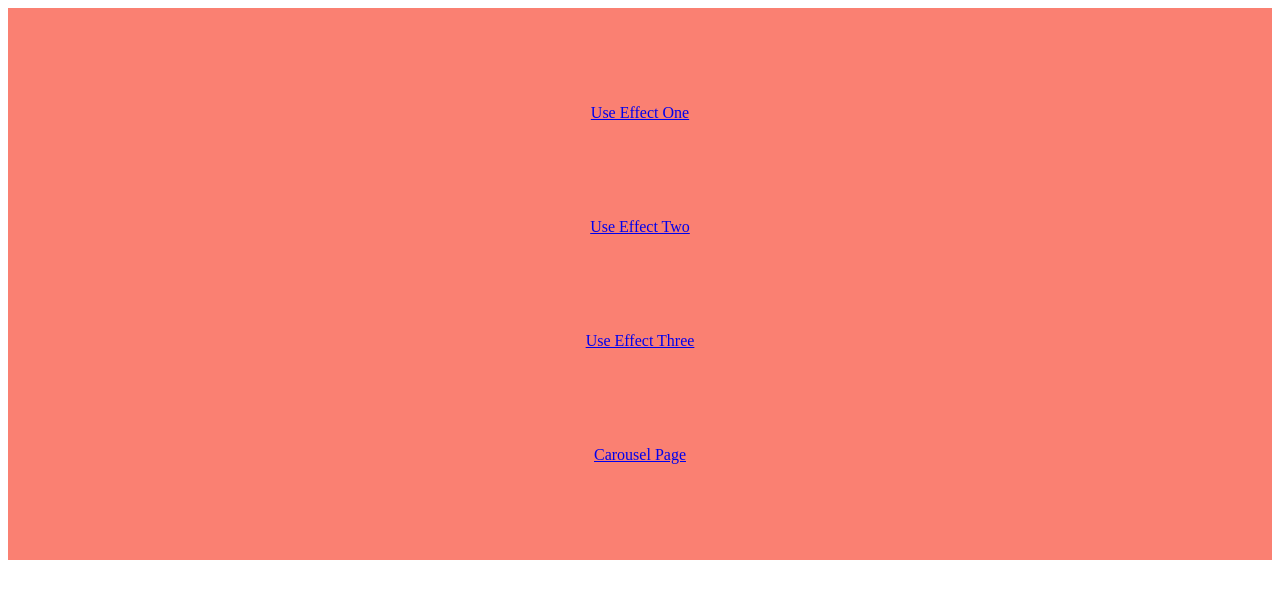
Repository: RonanKhalilOlaes/Class08
Page: /
These files come from the project's save history. The page is drawn as it stood at one moment and after the next save; the edit follows.
The browser window is 1280 px wide. The pictures show the whole page.
The project was rebuilt for these pictures with package versions that can differ from the ones it lists, and the page was loaded fresh each time. The framework's server and built-in components were replaced by stand-ins that run in the browser. Also part of the build but not shown: next.config.js.

Above is the page before, as saved 2023-02-20 22:24:32.

After the next save:
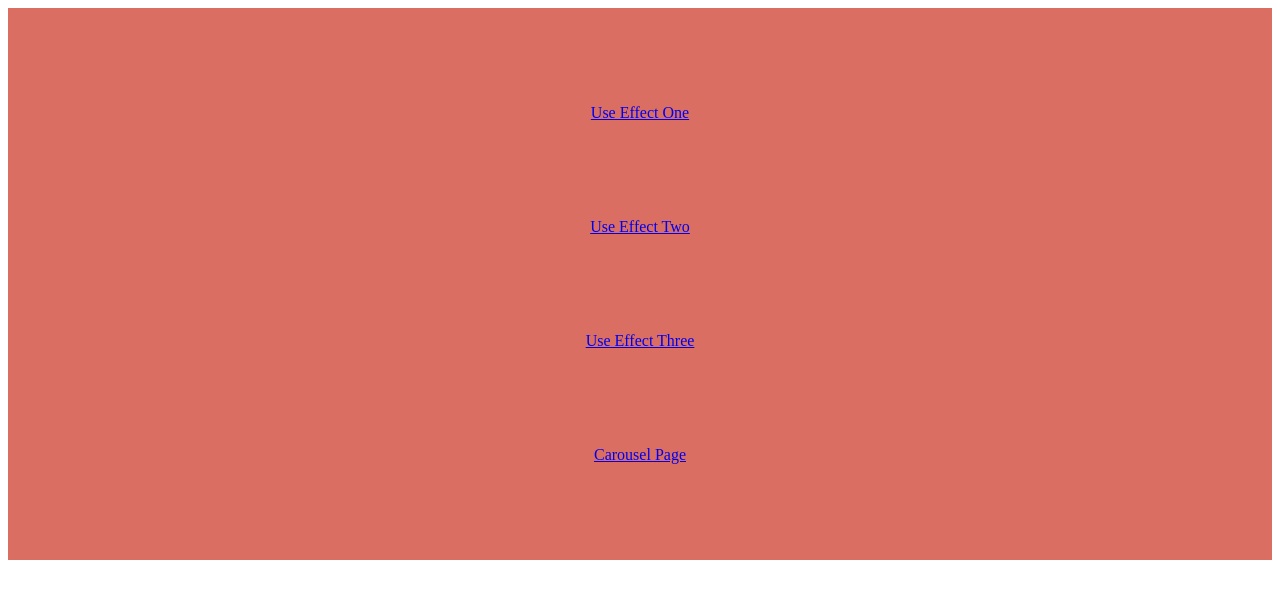
Saved 12 s later.
--- a/styles/Home.module.css
+++ b/styles/Home.module.css
@@ -6,5 +6,5 @@
   padding: 6rem;
   min-height: 50vh;
 
-  background-color: salmon;
+  background-color: rgb(218, 110, 98);
 }
